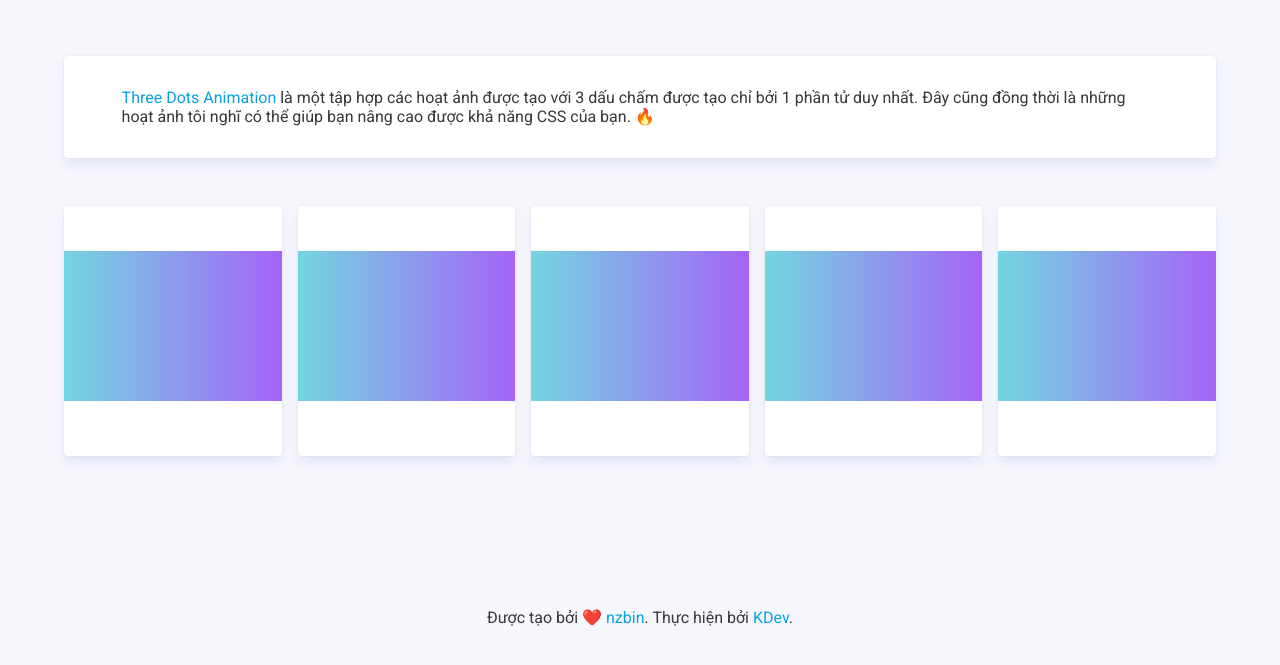
Repository: haokiet2501/lazy-loader-animation
Page: index.html
An editor plug-in stored every save of this project. The page is shown before and after the next save, followed by the edit.
The browser window is 1280 px wide. The pictures show the whole page.
The style sheet was rebuilt from its Sass, Less or Tailwind sources for each picture, by a compiler version that may differ from the author's.

Above is the page before, as saved 2022-05-06 20:00:05.

### index.html
<!DOCTYPE html>
<html lang="en">
<head>
    <meta charset="UTF-8">
    <meta http-equiv="X-UA-Compatible" content="IE=edge">
    <meta name="viewport" content="width=device-width, initial-scale=1.0">
    <link rel="shortcut icon" href="image/KDEV.png" type="image/x-icon">
    <link rel="stylesheet" href="sass/css/styles.css">
    <title>Three Dots Animation</title>
</head>
<body>
    <div class="container">
        <div class="title">
            <a href="/" target="_blank">Three Dots Animation</a> là một tập hợp các hoạt ảnh được tạo với 3 dấu chấm được tạo chỉ bởi 1 phần tử duy nhất. Đây cũng đồng thời là những hoạt ảnh tôi nghĩ có thể giúp bạn nâng cao được khả năng CSS của bạn. 🔥
        </div>

        <div class="row">
            <div class="box">
                <div class="stage">

                </div>
            </div>
            <div class="box">
                <div class="stage">

                </div>
            </div>
            <div class="box">
                <div class="stage">

                </div>
            </div>
            <div class="box">
                <div class="stage">

                </div>
            </div>
            <div class="box">
                <div class="stage">

                </div>
            </div>
        </div>

        <footer class="footer">
            <p>
                Được tạo bởi ❤️ <a href="https://github.com/nzbin" target="_blank">nzbin</a>.
                Thực hiện bởi <a href="/" target="_blank">KDev</a>.
            </p>
        </footer>
    </div>
</body>
</html>

### sass/styles.scss
@import 'base/base';

$color-text: #383838;
$color-line: #50dfdb;

.container {
    padding: 2rem 4rem;
}

.title {
    background: #fff;
    padding: 2rem 5%;
    margin: 1.5rem 0;
    box-shadow: 0 .4rem .8rem -.1rem rgba(0, 32, 128, .1), 0 0 0 1px #f0f2f7;
    border-radius: .25rem;
    color: $color-text;
}

.box {
    position: relative;
    height: 250px;
    background: #fff;
    padding: 2rem 5%;
    margin: 1.5rem 0;
    box-shadow: 0 .4rem .8rem -.1rem rgba(0, 32, 128, .1), 0 0 0 1px #f0f2f7;
    border-radius: .25rem;
    overflow: hidden;
}

.box::before {
    content: '';
    position: absolute;
    top: -5px;
    left: 32px;
    width: 150px;
    height: 100%;
    background: linear-gradient(#A85CF9, #6FDFDF);
    animation: animate 4s linear infinite;
}

@keyframes animate {
    0% {
        transform: rotate(0deg);
    }
    100% {
        transform: rotate(360deg);
    }
}

.row {
    display: grid;
    grid-template-columns: repeat(auto-fill, minmax(184px, 1fr));
    gap: 24px 16px;
}

.footer {
    display: flex;
    justify-content: center;
    align-items: center;
    margin: 128px 0 20px;
}

.footer > p {
    color: $color-text;
}

### sass/base/_base.scss
@import url('https://fonts.googleapis.com/css2?family=Roboto:wght@300;400;500;700&display=swap');

*, ::before, ::after {
    margin: 0;
    padding: 0;
    box-sizing: border-box;
}

html, body {
    scroll-behavior: smooth;
    font-family: 'Roboto', sans-serif;
    background: #f6f7fd;
    height: 100%;
    overflow: auto;
}

a {
    text-decoration: none;
    color: #0AA1DD;
}

After the next save:
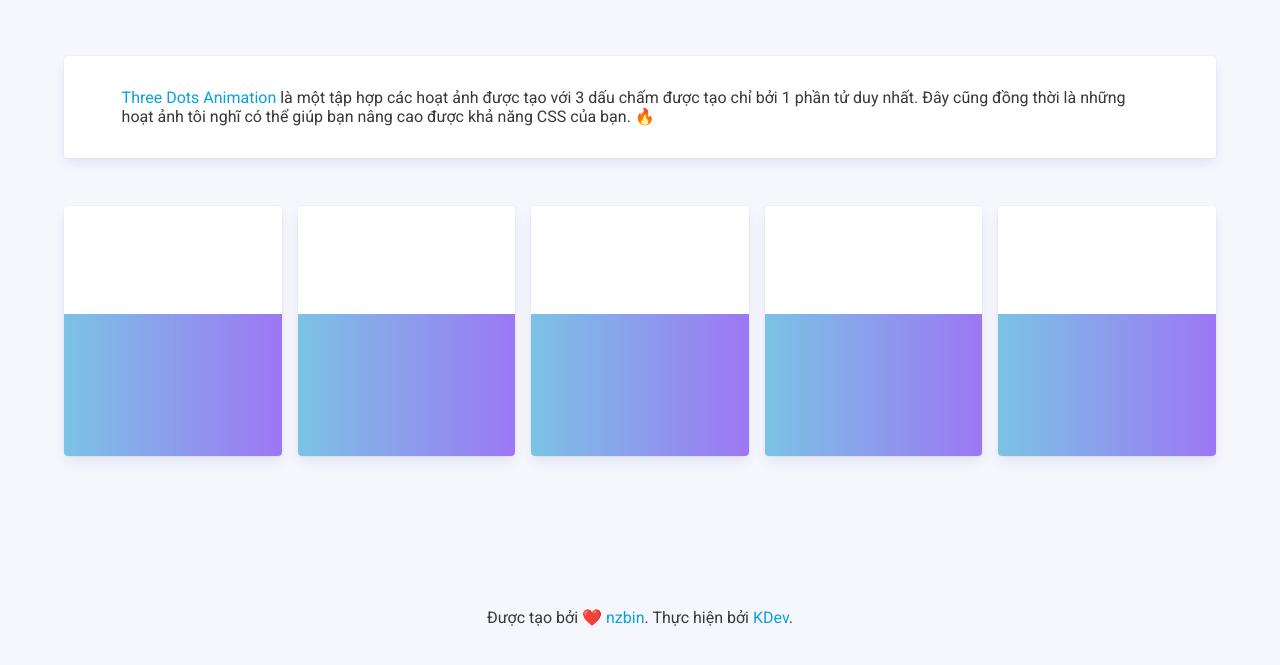
Saved 18 s later.
--- a/sass/styles.scss
+++ b/sass/styles.scss
@@ -33,7 +33,7 @@ $color-line: #50dfdb;
     top: -5px;
     left: 32px;
     width: 150px;
-    height: 100%;
+    height: 150%;
     background: linear-gradient(#A85CF9, #6FDFDF);
     animation: animate 4s linear infinite;
 }
